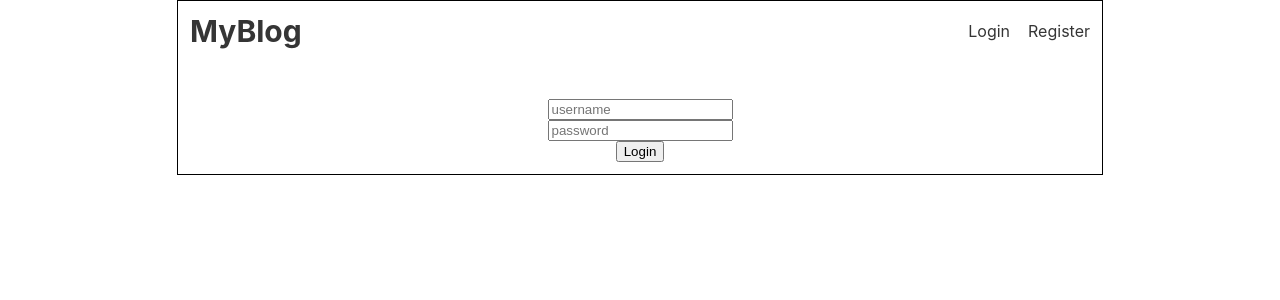
Repository: ateeque-219/BlogApp
Page: /login (app in blogapp/)
These files come from the project's save history. The page is drawn as it stood at one moment and after the next save; the edit follows.
The browser window is 1280 px wide. The pictures show the whole page.
The project was rebuilt for these pictures with package versions that can differ from the ones it lists, and the page was loaded fresh each time. Also part of the build but not shown: blogapp/src/Post.js, blogapp/src/pages/Indexpage.js, blogapp/src/pages/RegisterPage.js.

Above is the page before, as saved 2024-01-09 13:08:40.

After the next save:
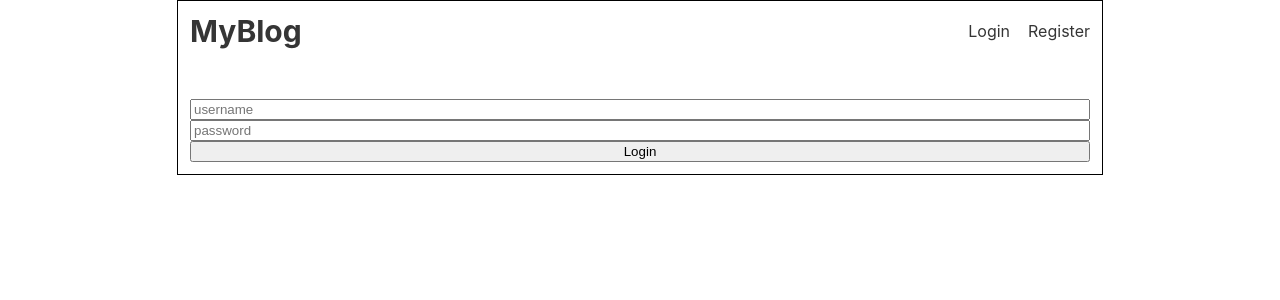
Saved 7 s later.
--- a/blogapp/src/App.css
+++ b/blogapp/src/App.css
@@ -65,7 +65,7 @@
 form.login , form.register{
   display: flex;
   flex-direction: column;
-
+/*
   align-items: center;
-  justify-content: center;
+  justify-content: center; */
 }

After the 2 saves that followed:
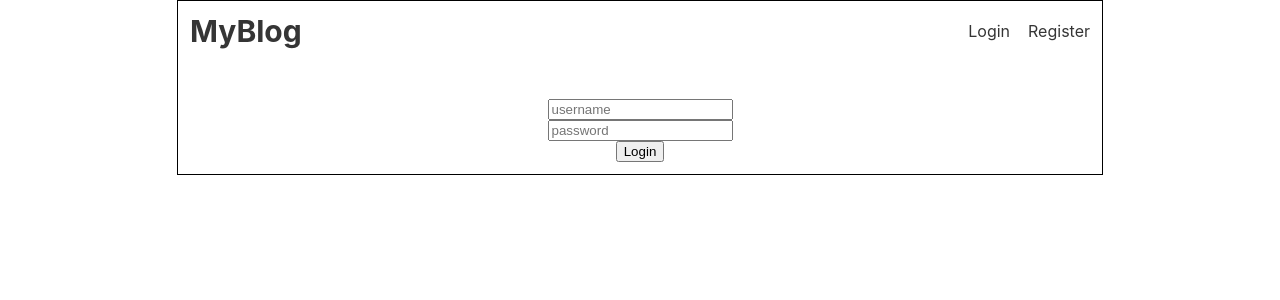
The 2 saves are shown as one change because they came seconds apart.
The last was saved 12 s later.
--- a/blogapp/src/App.css
+++ b/blogapp/src/App.css
@@ -65,7 +65,7 @@
 form.login , form.register{
   display: flex;
   flex-direction: column;
-/*
+
   align-items: center;
-  justify-content: center; */
+  justify-content: center;
 }
